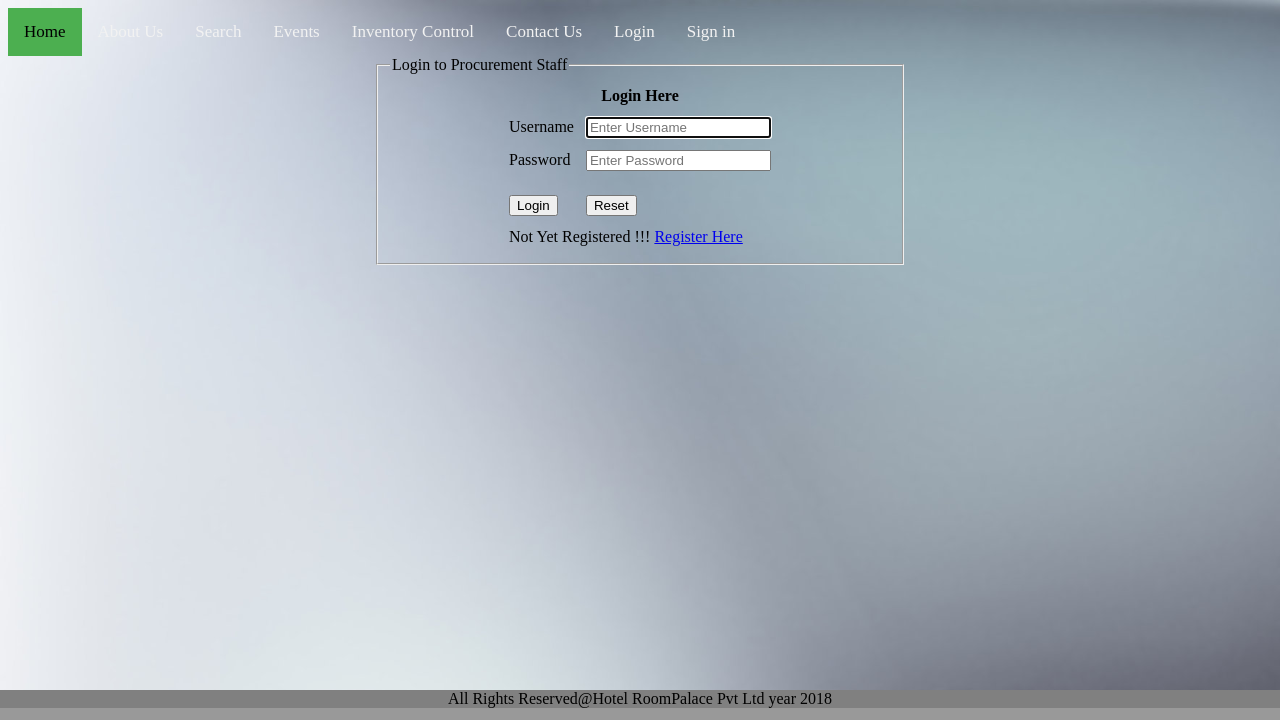
Repository: nirmaniPathiranage/CSSE-Procurement-Management
Page: http://localhost/Item_Management/Login.jsp
These files come from the project's save history. The page is drawn as it stood at one moment and after the next save; the edit follows.
The browser window is 1280 px wide. The pictures show the whole page.
The page is served by Tomcat 9. Other server files are loaded and not shown.

Above is the page before, as saved 2019-09-29 17:35:41.

### Item_Management/WebContent/Login.jsp
<%@ page language="java" contentType="text/html; charset=ISO-8859-1"
	pageEncoding="ISO-8859-1"%>
<!DOCTYPE html PUBLIC "-//W3C//DTD HTML 4.01 Transitional//EN" "http://www.w3.org/TR/html4/loose.dtd">
<html>
<head>
<meta http-equiv="Content-Type" content="text/html; charset=ISO-8859-1">
<title>Login Application</title>
<style>

.topnav a{
float:left;
color:#f2f2f2;
text-align:center;
padding:14px 16px;
text-decoration:none;
font-size:17px;
}

.topnav a:hover{
background-color:#ddd;
color:black;
}

.topnav a.active{
background-color:#4CAF50;
color:black;
}

footer {
   position:fixed;
   left:0px;
   bottom:0px;
   height:30px;
   width:100%;
   background:#999;
}

body{

	background:url('bg1.jpg');
	background-size: cover;
}
</style>
<script>
	function validate() {
		var username = document.form.username.value;
		var password = document.form.password.value;

		if (username == null || username == "") {
			alert("Username cannot be blank");
			return false;
		} else if (password == null || password == "") {
			alert("Password cannot be blank");
			return false;
		}
	}
</script>
</head>
<body>

<div class = "topnav">
<a class = "active"  href="HomePage.jsp">Home</a>
			<a href="###">About Us</a>
			<a href="###">Search</a>
			<a href="###">Events</a>
			<a href="Login.jsp">Inventory Control</a>
			<a href="###">Contact Us</a>
			<font align:right>
			<a href="Login.jsp">Login</a>
			<a href="Register.jsp">Sign in</a>
			</font>
</div>
<form name="form" action="LoginServlet" method="post"
		onSubmit="return validate();">
		<center>
			<fieldset style="width: 500px">
				<legend> Login to Procurement Staff</legend>
				<table border="0" width="50%" cellpadding="5">
					<tr>
						<th colspan="2">Login Here</th>
					</tr>
					<tbody>
						<tr>
							<td>Username</td>
							<td><input type="text" name="username" value="" autofocus
								placeholder="Enter Username" autocomplete="off" required /></td>
						</tr>
						<tr>
							<td>Password</td>
							<td><input type="password" name="password" value=""
								placeholder="Enter Password" autocomplete="off" required /></td>
						</tr>
						<tr>
							<td><span style="color: red"><%=(request.getAttribute("errMessage") == null) ? "" : request.getAttribute("errMessage")%></span></td>
						</tr>
						<tr>
							<td><input type="submit" value="Login"></input></td>
							<td><input type="reset" value="Reset"></input></td>
						</tr>
						<tr>
							<td colspan="2">Not Yet Registered !!! <a
								href="Register.jsp">Register Here</a></td>
						</tr>
					</tbody>
				</table>
			</fieldset>
		</center>
	</form>
	<br><br><br>
<footer><div align="center" style ="background-color:#808080">All Rights Reserved@Hotel RoomPalace Pvt Ltd year 2018</footer>
</body>
</html>

After the next save:
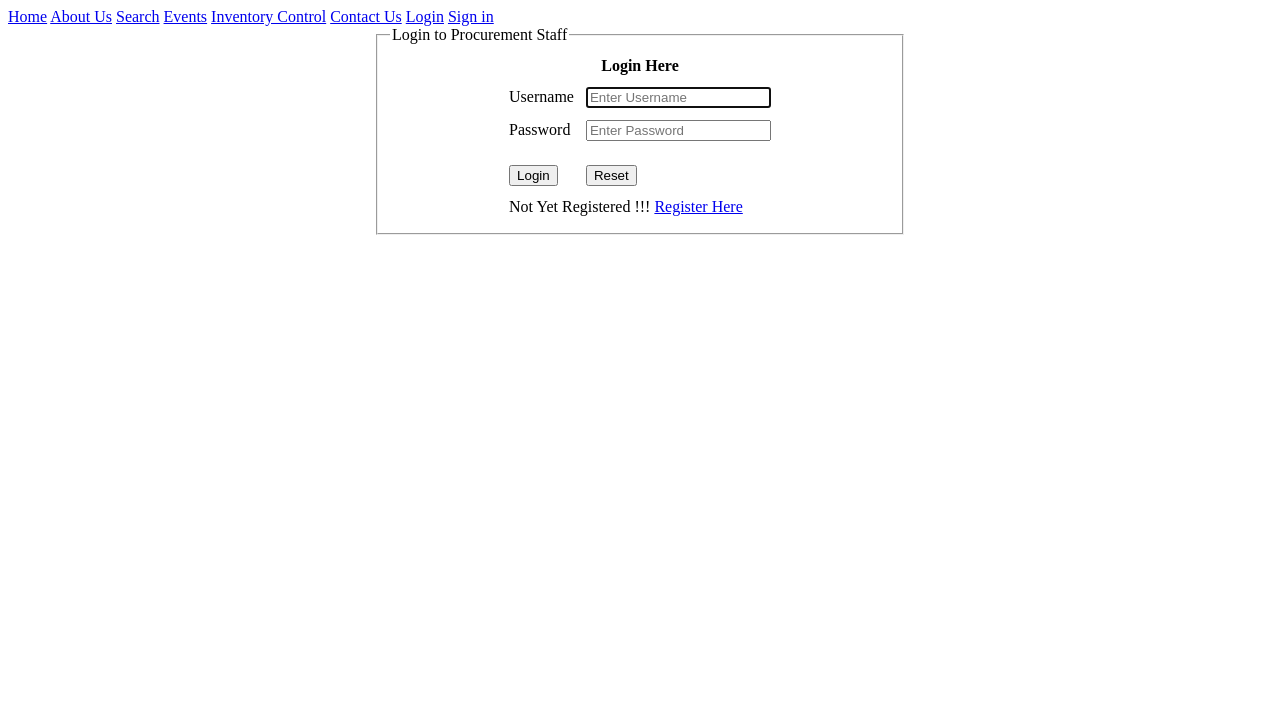
Saved 72 s later.
--- a/Item_Management/WebContent/Login.jsp
+++ b/Item_Management/WebContent/Login.jsp
@@ -5,42 +5,6 @@
 <head>
 <meta http-equiv="Content-Type" content="text/html; charset=ISO-8859-1">
 <title>Login Application</title>
-<style>
-
-.topnav a{
-float:left;
-color:#f2f2f2;
-text-align:center;
-padding:14px 16px;
-text-decoration:none;
-font-size:17px;
-}
-
-.topnav a:hover{
-background-color:#ddd;
-color:black;
-}
-
-.topnav a.active{
-background-color:#4CAF50;
-color:black;
-}
-
-footer {
-   position:fixed;
-   left:0px;
-   bottom:0px;
-   height:30px;
-   width:100%;
-   background:#999;
-}
-
-body{
-
-	background:url('bg1.jpg');
-	background-size: cover;
-}
-</style>
 <script>
 	function validate() {
 		var username = document.form.username.value;
@@ -106,7 +70,5 @@ body{
 			</fieldset>
 		</center>
 	</form>
-	<br><br><br>
-<footer><div align="center" style ="background-color:#808080">All Rights Reserved@Hotel RoomPalace Pvt Ltd year 2018</footer>
 </body>
 </html>
